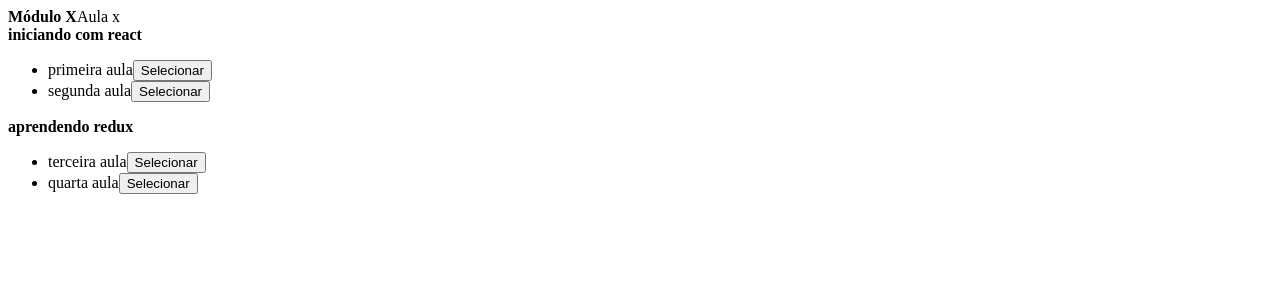
Repository: MateusGuedess/reduxrocktSeat
Page: /
An editor plug-in stored every save of this project. The page is shown before and after a run of saves, followed by the edit.
The browser window is 1280 px wide. The pictures show the whole page.
The project was rebuilt for these pictures with package versions that can differ from the ones it lists, and the page was loaded fresh each time.

Above is the page before, as saved 2019-05-23 00:49:58.

### src/App.js
import React from 'react';

import Sidebar from './components/Sidebar'
import Video from './components/Video'

import { Provider } from 'react-redux'
import store from './store'

function App() {
  return (
    <div className="App">
      <Provider store={store} >
        <Video />
        <Sidebar />
      </Provider>
    </div>
  );
}

export default App;

### src/components/Sidebar/index.js
import React from 'react';

import { connect } from 'react-redux'

function toggleLesson(module, lesson) {
  return {
    type: 'TOGGLE_LESSON',
    module,
    lesson
  }
}

const Sidebar = ({modules, dispatch}) => (
<aside>
{ modules.map(module => (
  <div key={module.id}>
    <strong>{module.title}</strong>
    <ul>
      { module.lessons.map(lesson => (
        <li key={lesson.id}>
          {lesson.title}
          <button onClick={() => dispatch(toggleLesson(module, lesson)) }>Selecionar</button>
        </li>
      ))}
    </ul>
  </div>
))}
</aside>);

export default connect(state => ({modules: state.modules}))(Sidebar);

### src/components/Video/index.js
import React from 'react';

import { connect } from 'react-redux';

const Video = () => (
  <div>
    <strong>Módulo X</strong>
    <span>Aula x</span>
  </div>
);

export default Video;

### src/store/index.js
import { createStore } from 'redux'

const INITIAL_STATE = {
  activeLesson: null,
  activeModule: null,
  modules: [
      {
        id: 1,
        title: 'iniciando com react',
        lessons: [
          { id: 1, title: 'primeira aula' },
          { id: 2, title: 'segunda aula' }
        ]
      },
      {
        id: 2,
        title: 'aprendendo redux',
        lessons:[
          {id: 3, title: 'terceira aula'},
          {id: 4, title: 'quarta aula'}
        ]
      }
    ]
}

function reducer(state = INITIAL_STATE, action) {
  if (action.type === 'TOGGLE_LESSON')
    return {...state, activeLesson: action.lesson, activeModule: action.module}
  return state
}


const store = createStore(reducer)

export default store

Loaded but not shown: public/index.html (common file); src/index.js (common file)

After the next 3 saves:
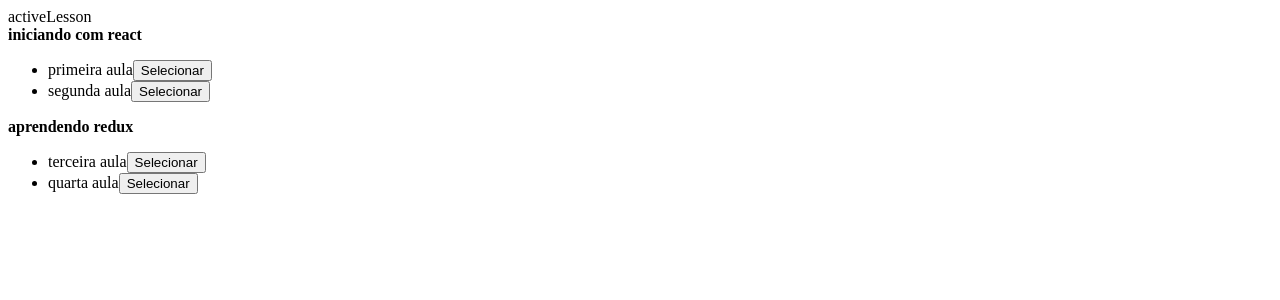
The 3 saves are shown as one change because 2 did not build or start.
The last was saved 96 s later.
--- a/src/components/Video/index.js
+++ b/src/components/Video/index.js
@@ -2,11 +2,14 @@ import React from 'react';
 
 import { connect } from 'react-redux';
 
-const Video = () => (
+const Video = ({activeModule, activeLesson}) => (
   <div>
-    <strong>Módulo X</strong>
-    <span>Aula x</span>
+    <strong>{activeModule}</strong>
+    <span>activeLesson</span>
   </div>
 );
 
-export default Video;
+export default connect(state => ({
+  activeModule: state.activeModule,
+  activeLesson: state.activeLesson
+}))(Video);
